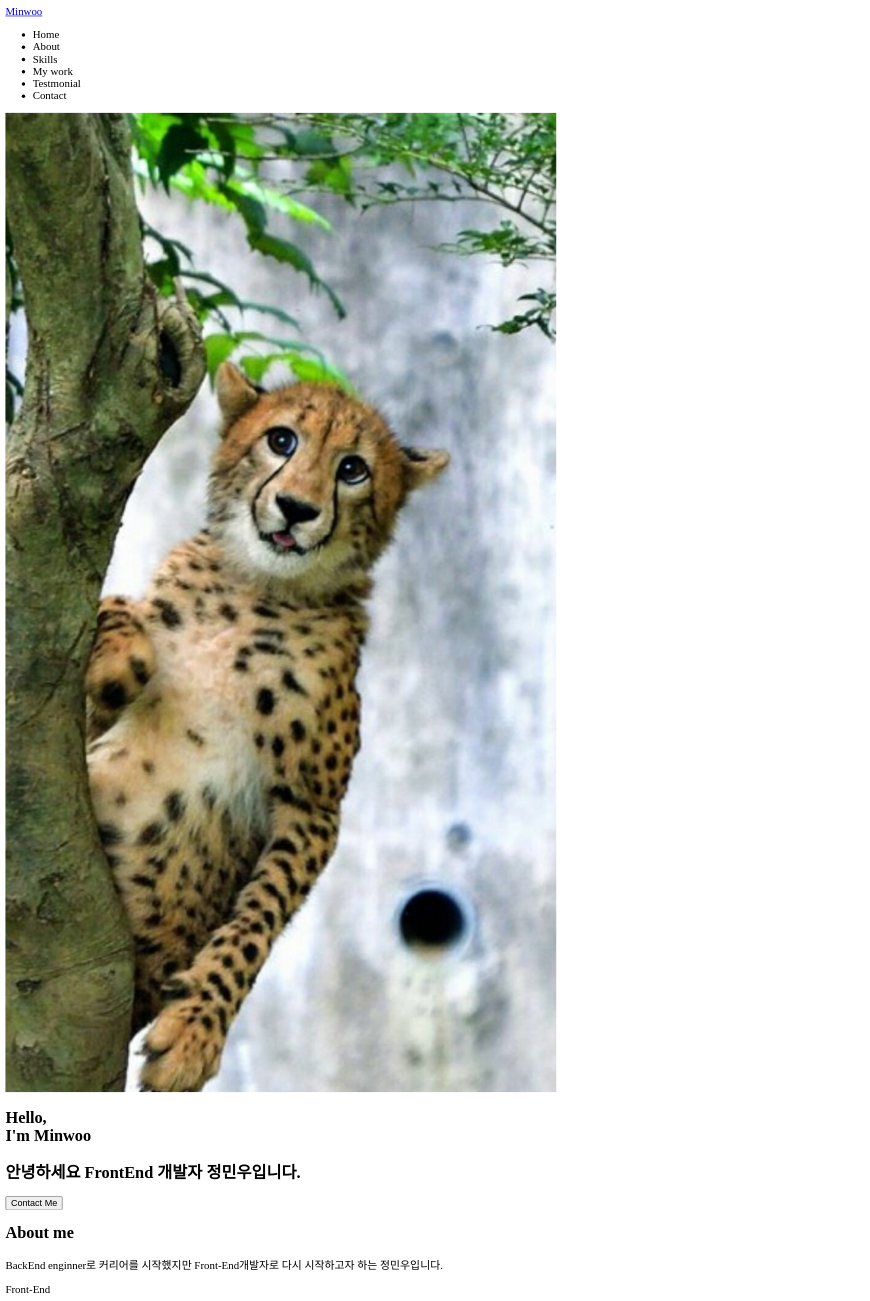
Repository: DevMinwoo-Jung/Portfolio
Page: index.html
These files come from the project's save history. The page is drawn as it stood at one moment and after the next save; the edit follows.
The browser window is 1280 px wide. The pictures show the whole page, at 68% of full size.

Above is the page before, as saved 2021-03-22 13:08:40.

After the next save:
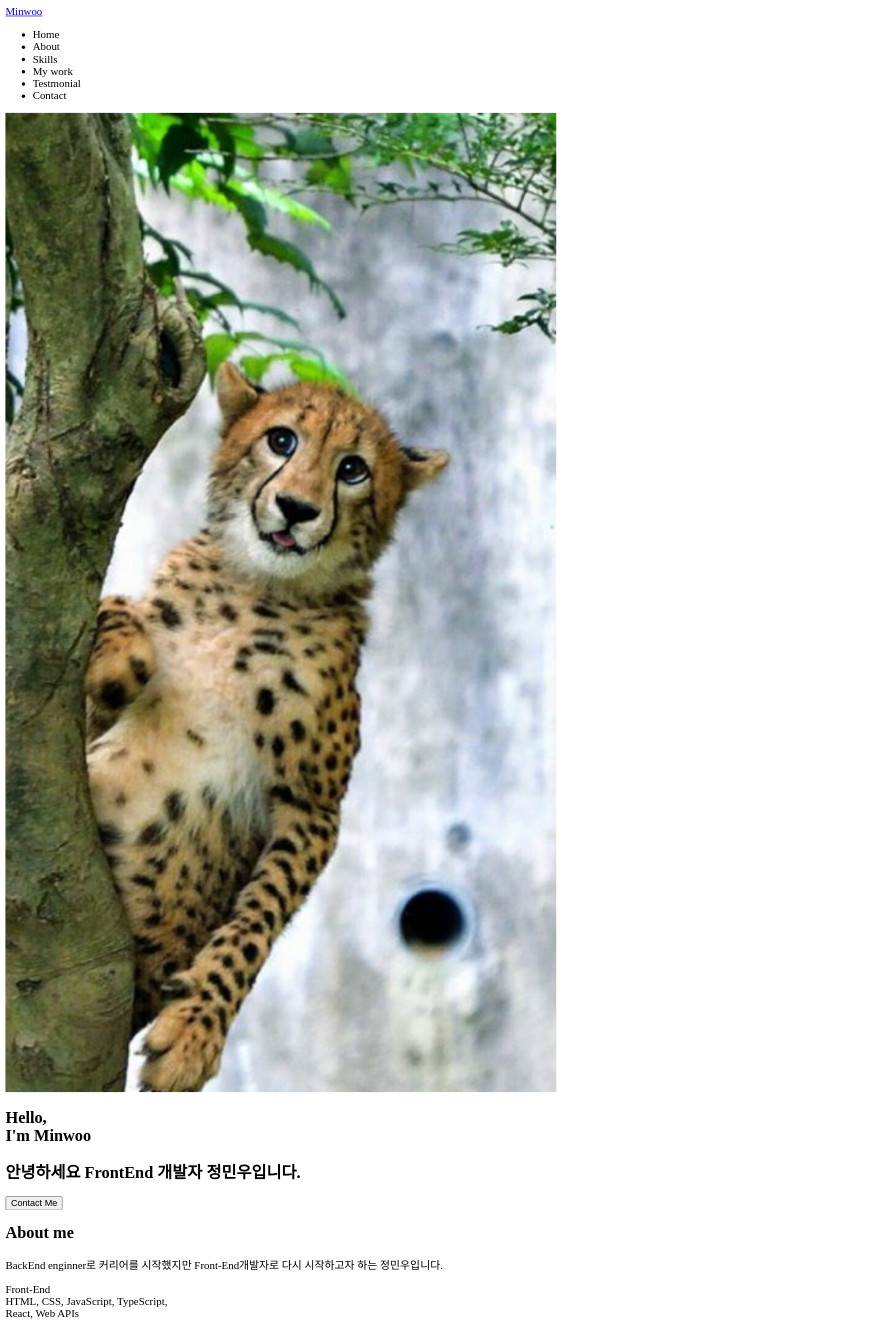
Saved 75 s later.
--- a/index.html
+++ b/index.html
@@ -47,13 +47,16 @@
       BackEnd enginner로 커리어를 시작했지만 Front-End개발자로 다시 시작하고자 하는 정민우입니다.
     </p>
     <div class="about__majors">
-      <div class="major"></div>
-
-      <div class="major__icon">
-        <i class="fab fa-js-square"></i>
+      <div class="major">
+        <div class="major__icon">
+          <i class="fab fa-js-square"></i>
+        </div>
       </div>
       <div class="major__title">Front-End</div>
-      <div class="major__description"></div>
+      <div class="major__description">
+        HTML, CSS, JavaScript, TypeScript,
+        <br/> React, Web APIs
+      </div>
     </div>
   </section>
   <!-- Skills -->
